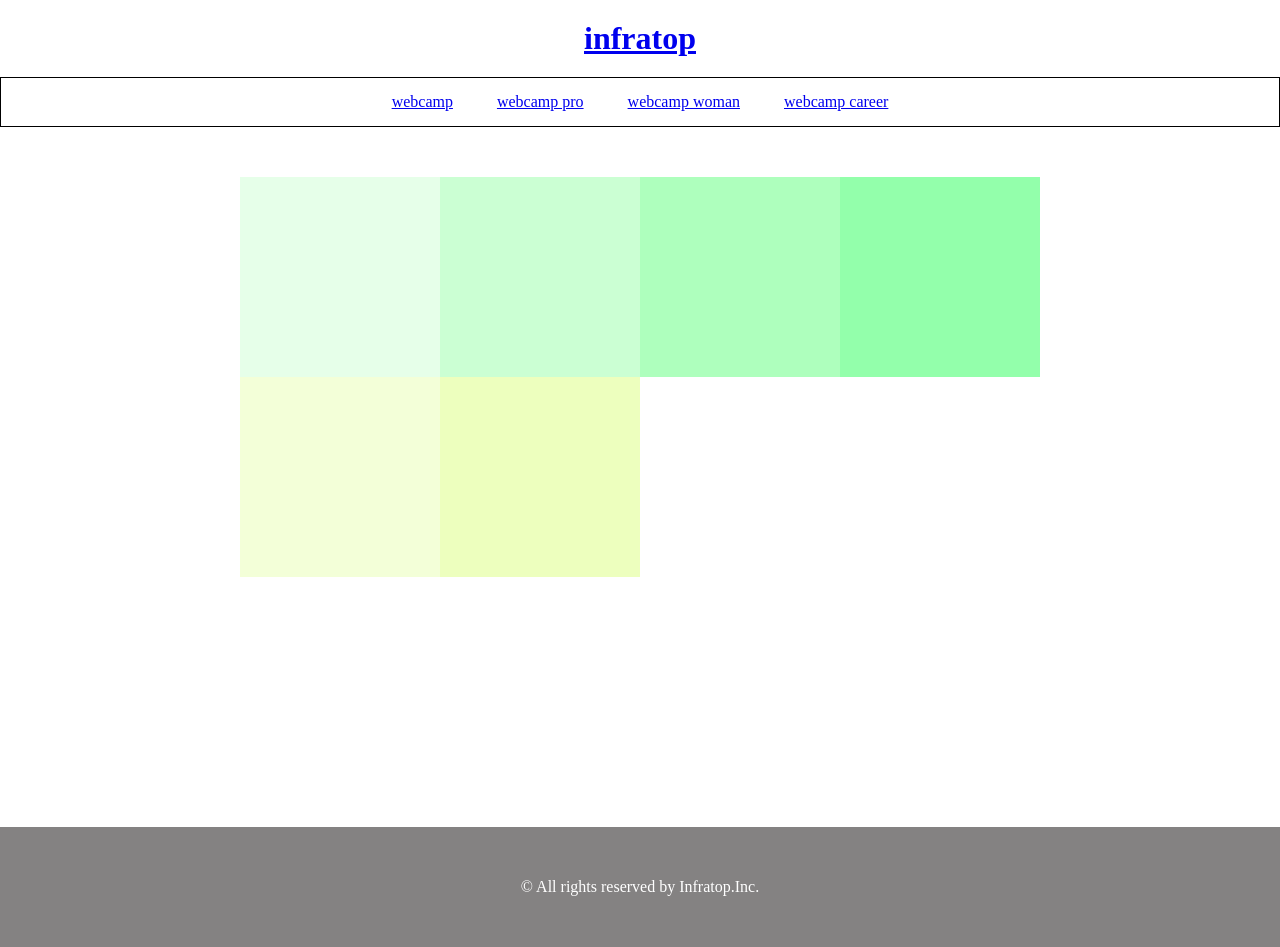
Repository: menyuu/test-html-CSS-practice
Page: exercise/chapter5_exercise.html
The author's editor kept a record of every edit. The page is drawn from the files as they stood at one moment, then again after the next edit.
The browser window is 1280 px wide. The pictures show the whole page.

Above is the page before.

After the next edit:
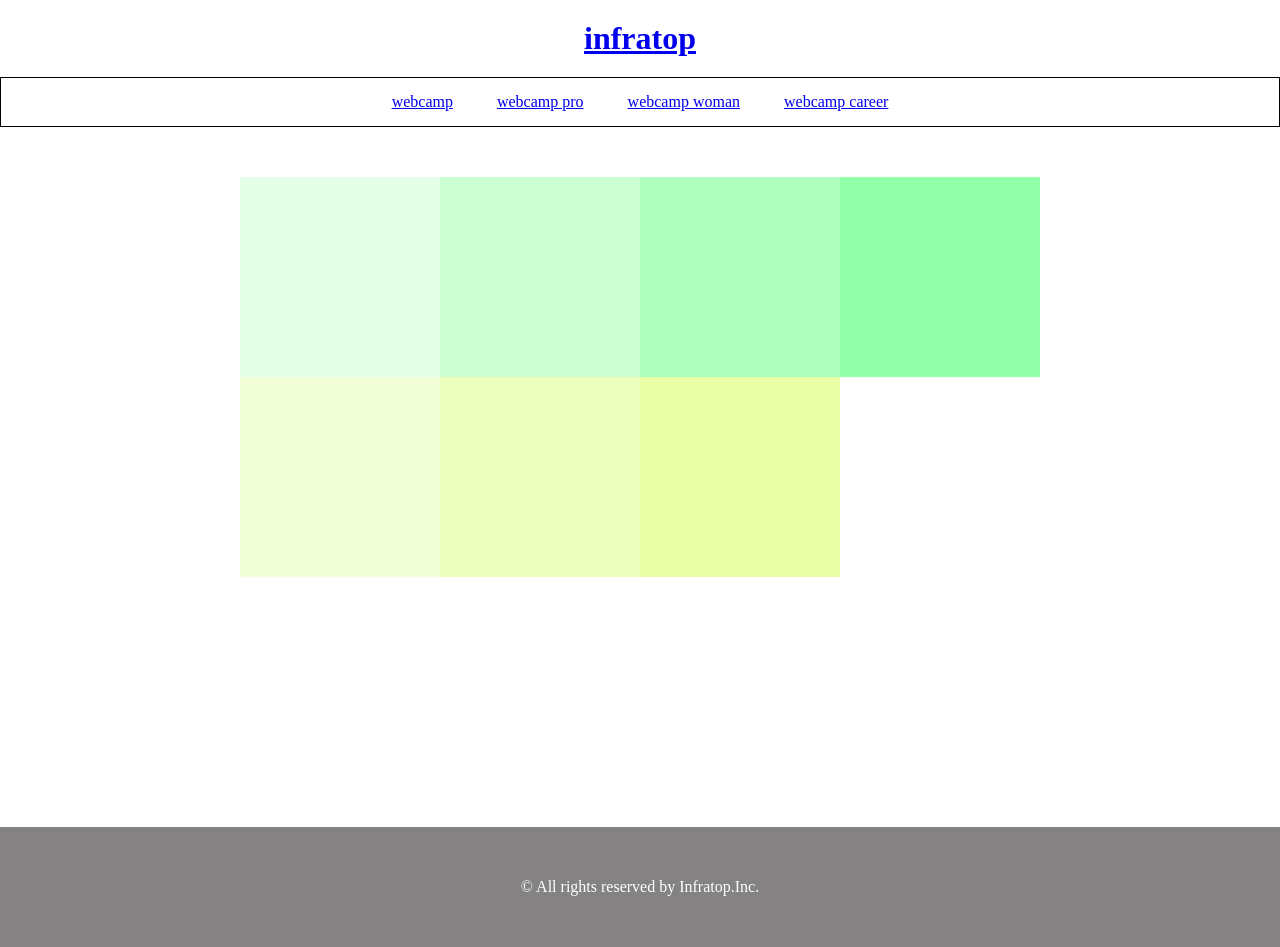
The edit:
--- a/exercise/style5.css
+++ b/exercise/style5.css
@@ -66,7 +66,7 @@
 }
 
 .item7 {
-  background-color: #;
+  background-color: #e9ffa5;
 }
 
 .item8 {
